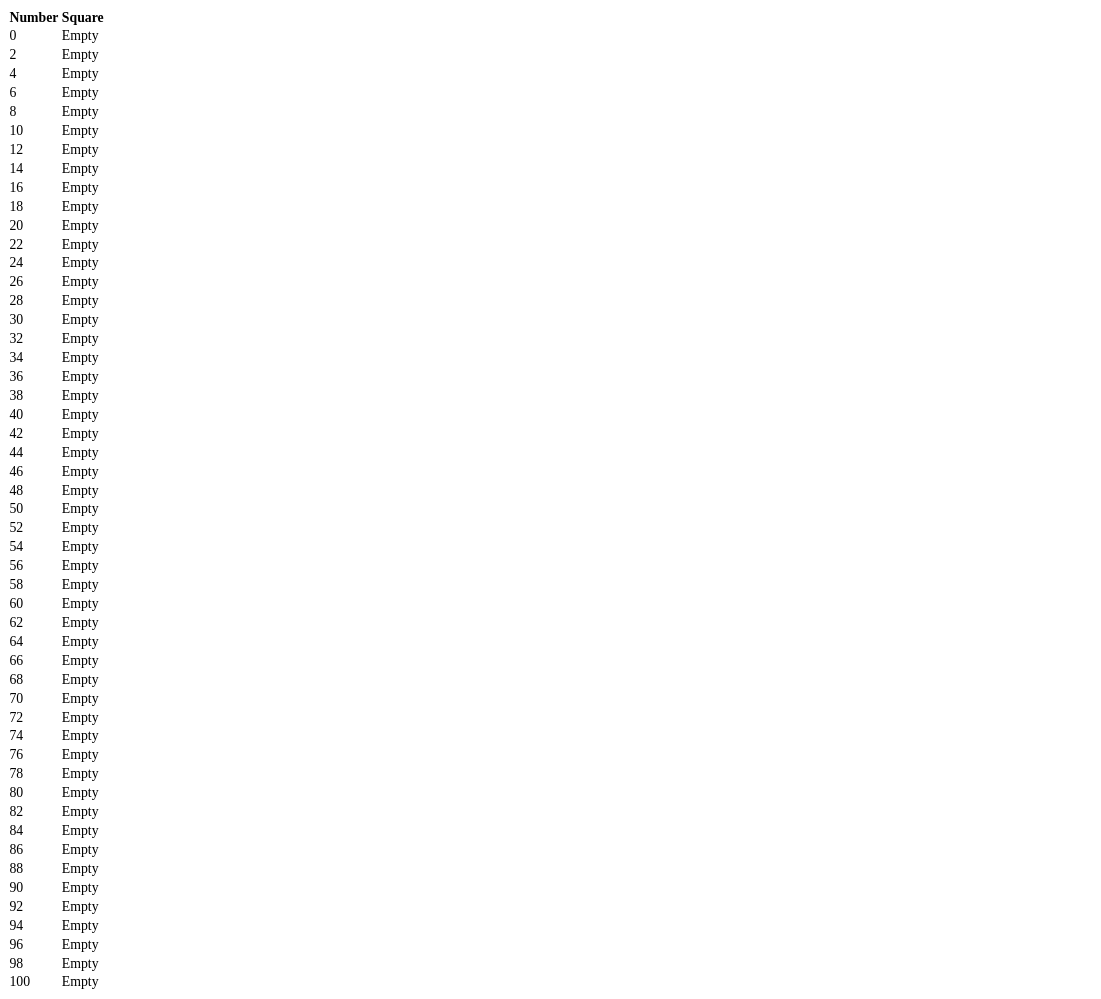
Repository: zhanivanov/PHP_Basics_Course_Homework
Page: http://localhost/1.SquareRootSum/SquareRootSum.php
An editor plug-in stored every save of this project. The page is shown before and after the next save, followed by the edit.
The browser window is 1280 px wide. The pictures show the whole page, at 86% of full size.
The page is run by PHP 8.4 with error messages shown; the project is at /var/www/html/.

Above is the page before, as saved 2014-08-23 13:48:22.

After the next save:
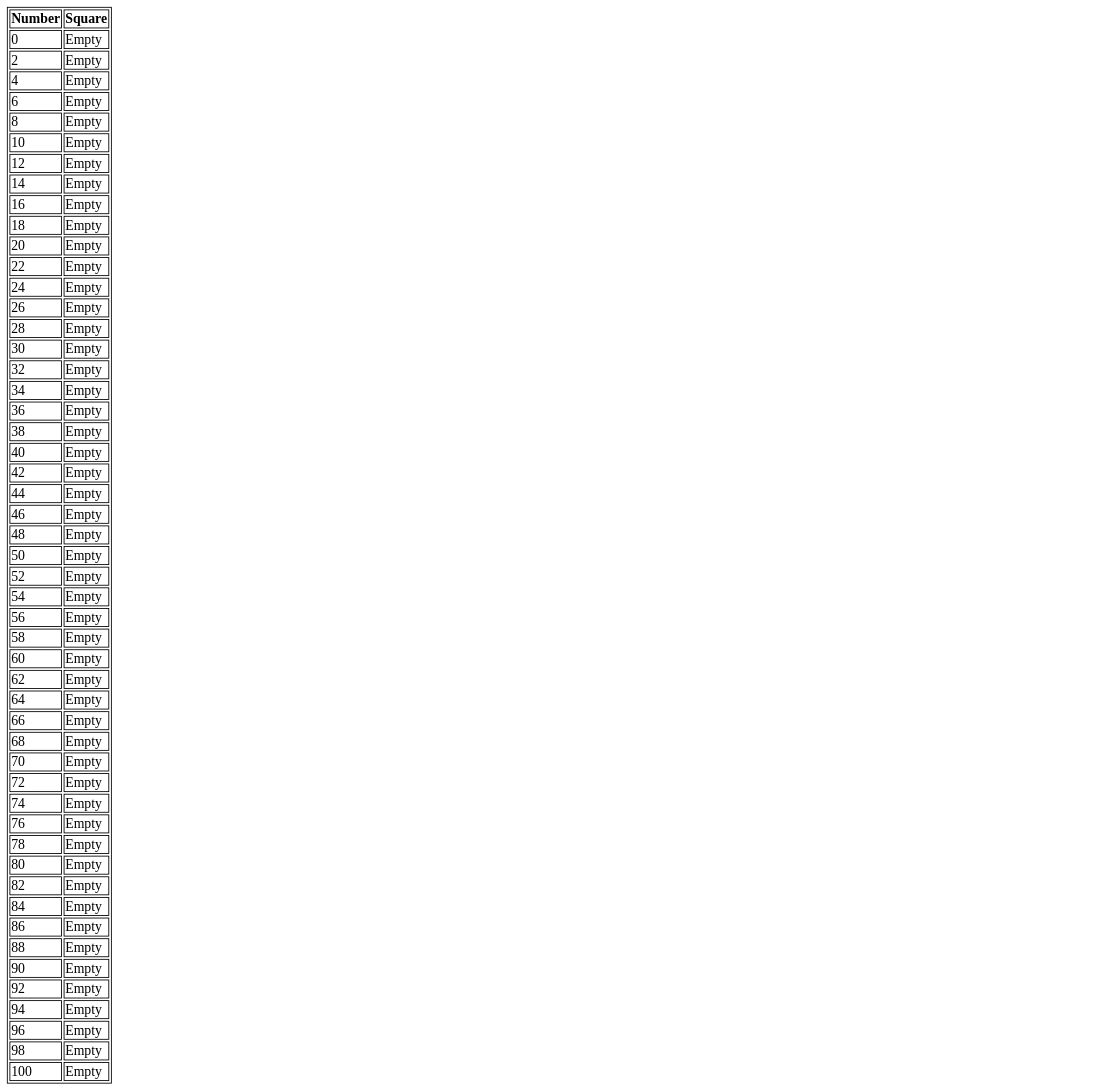
Saved 49 s later.
--- a/PHP_Flow_Control/1.SquareRootSum/SquareRootSum.php
+++ b/PHP_Flow_Control/1.SquareRootSum/SquareRootSum.php
@@ -2,6 +2,11 @@
 <html>
     <head>
         <title>Square Root Sum</title>
+        <style>
+            table,tr,th,td{
+                border: 1px solid black;
+            }
+        </style>
     </head>
     <body>
         <table>
